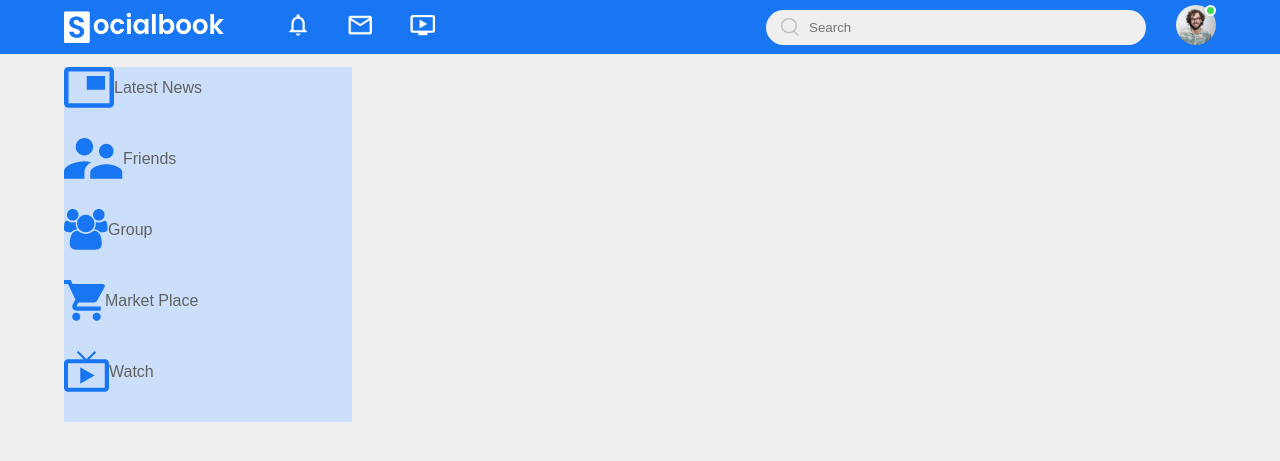
Repository: eeoooo/MINI-PROJECTS-HTML-CSS
Page: 220524-SocialMediaWebsite/index.html
The author's editor kept a copy of each file at every save. The page is drawn from the files as they stood at one save, then again after the next save.
The browser window is 1280 px wide. The pictures show the whole page.

Above is the page before, as saved 2022-05-24 23:33:09.

### 220524-SocialMediaWebsite/index.html
<!DOCTYPE html>
<html lang="en">
<head>
    <meta charset="UTF-8">
    <meta http-equiv="X-UA-Compatible" content="IE=edge">
    <meta name="viewport" content="width=device-width, initial-scale=1.0">
    <link rel="stylesheet" href="style.css">
    <link rel="icon" type="image/ico" href="/images/title-icon.png">
    <title>Social Media Web</title>
</head>
<body>

    <nav>
        <div class="nav-left">
            <img src="/images/logo.png" alt="" class="logo">
            <ul>
                <li><img src="/images/notification.png" alt=""></li>
                <li><img src="/images/inbox.png" alt=""></li>
                <li><img src="/images/video.png" alt=""></li>
            </ul>
        </div>
        <div class="nav-right">
            <div class="search-box">
                <img src="/images/search.png" >
                <input type="text" placeholder="Search">
            </div>
            <div class="nav-user-icon online">
                <img src="/images/profile-pic.png">
            </div>
        </div>
    </nav>

    <div class="container">
        <!------------------left-sidebar-------------->
        <div class="left-sidebar">
            <div class="imp-links">
                <a href="#"><img src="/images/news.png"> Latest News</a>
                <a href="#"><img src="/images/friends.png"> Friends</a>
                <a href="#"><img src="/images/group.png"> Group</a>
                <a href="#"><img src="/images/marketplace.png"> Market Place</a>
                <a href="#"><img src="/images/watch.png"> Watch</a>
            </div>
        </div>
        <!------------------main-content-------------->
        <div class="main-content"></div>
        <!------------------right-sidebar-------------->
        <div class="right-sidebar"></div>
    </div>

</body>
</html>

### 220524-SocialMediaWebsite/style.css
* {
  margin: 0;
  padding: 0;
  font-family: "poppins", sans-serif;
}
body {
  background: #efefef; /* light-gray */
}
nav {
  display: flex;
  align-items: center;
  justify-content: space-between;
  background: #1876f2; /* blue */
  padding: 5px 5%;
  position: sticky;
  top: 0;
  z-index: 100;
}
.logo {
  width: 160px;
  margin-right: 45px;
}
.nav-left,
.nav-right {
  display: flex;
  align-items: center;
}
.nav-left ul li {
  list-style: none;
  display: inline-block;
}
.nav-left ul li img {
  width: 28px;
  margin: 0 15px;
}
.nav-user-icon img {
  width: 40px;
  border-radius: 50%;
  cursor: pointer;
}
.nav-user-icon {
  margin-left: 30px;
}
.search-box {
  background: #efefef;
  width: 350px;
  border-radius: 20px;
  display: flex;
  align-items: center;
  padding: 0 15px;
}
.search-box img {
  width: 18px;
}
.search-box input {
  width: 100%;
  background: transparent;
  padding: 10px;
  outline: none;
  border: 0;
}
.online {
  position: relative;
}
.online:after {
  content: "";
  width: 7px;
  height: 7px;
  border: 2px solid #fff;
  border-radius: 50%;
  background: #41db51; /*green*/
  position: absolute;
  top: 0;
  right: 0;
}
.container {
  display: flex;
  justify-content: space-between;
  padding: 13px 5%;
}
.left-sidebar {
  background: #cbdffa;
  flex-basis: 25%;
  position: sticky;
  top: 70px;
  align-self: flex-start;
}
.right-sidebar {
  background: #cbdffa;
  flex-basis: 25%;
  position: sticky;
  top: 70px;
  align-self: flex-start;
}
.main-content {
  flex-basis: 47%;
}
.imp-links a {
  text-decoration: none;
  display: flex;
  align-items: center;
  margin-bottom: 30px;
  color: #626262;
  width: fit-content;
}

After the next save:
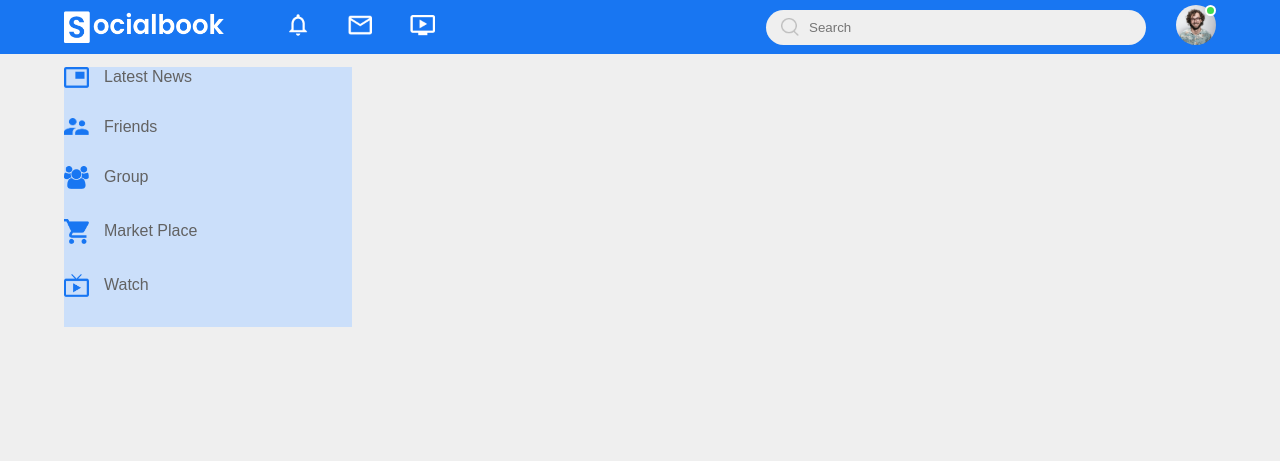
Saved 61 s later.
--- a/220524-SocialMediaWebsite/style.css
+++ b/220524-SocialMediaWebsite/style.css
@@ -103,3 +103,7 @@
   color: #626262;
   width: fit-content;
 }
+.imp-links a img {
+  width: 25px;
+  margin-right: 15px;
+}
